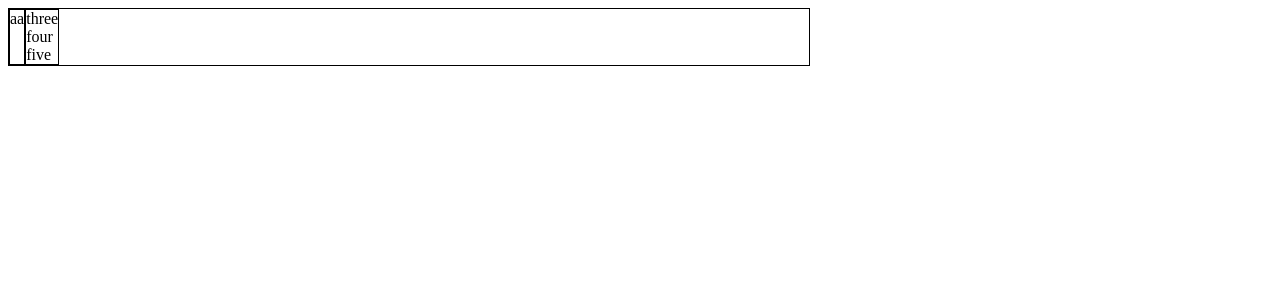
Repository: kpavankumaar/online_uk_class
Page: flex.html
These files come from the project's save history. The page is drawn as it stood at one moment and after the next save; the edit follows.
The browser window is 1280 px wide. The pictures show the whole page.

Above is the page before, as saved 2022-01-12 14:37:04.

### flex.html
<!DOCTYPE html>
<!-- <html lang="ar" dir="rtl" > -->
<html lang="en">
<head>
    <meta charset="UTF-8">
    <meta http-equiv="X-UA-Compatible" content="IE=edge">
    <meta name="viewport" content="width=device-width, initial-scale=1.0">
    <title>Document</title>
    <style>
        div.main{
            border:1px solid black;
            width:800px;
            display: flex;
        }
        div.box{
            border:1px solid black;
            /* flex-basis: 200px; */
            /* flex-grow:0;
            flex-shrink:1;
            flex-basis:auto; */
            /* flex : 0 1 auto; short hand version */
            /* flex-grow: 1; */
            /* flex-shrink: 0; */
            /* width:400px; */
        }
        .box1{
            /* flex-grow:1; */
            /* flex-grow: 1;
            flex-basis:200px; */
        }
        .box2{

        }
        .box3{
            /* flex-grow: 1;
            flex-basis: 200px; */
        }
    </style>
</head>
<body>
    <div class="main">
        <div class="box box1">
            aa
        </div>
        <!-- <div class="box box2">two</div> -->
        <div class="box box3">three <br> four <br>five</div>
    </div>
    <!-- <div class="main">
        <div class="box box1">
            ا
        </div>
        <div class="box box2">ب</div>
        <div class="box box3">ت</div>
    </div> -->

</body>
</html>

After the next save:
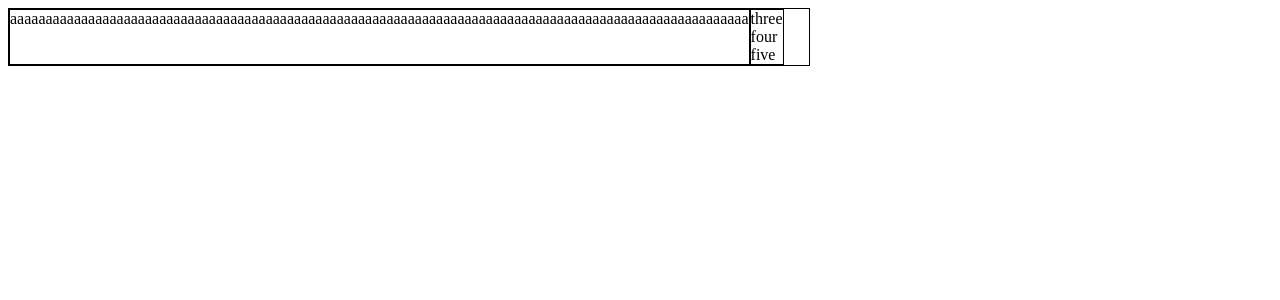
Saved 18 s later.
--- a/flex.html
+++ b/flex.html
@@ -40,7 +40,7 @@
 <body>
     <div class="main">
         <div class="box box1">
-            aa
+            aaaaaaaaaaaaaaaaaaaaaaaaaaaaaaaaaaaaaaaaaaaaaaaaaaaaaaaaaaaaaaaaaaaaaaaaaaaaaaaaaaaaaaaaaaaaaaaaaaaaaaaa
         </div>
         <!-- <div class="box box2">two</div> -->
         <div class="box box3">three <br> four <br>five</div>
